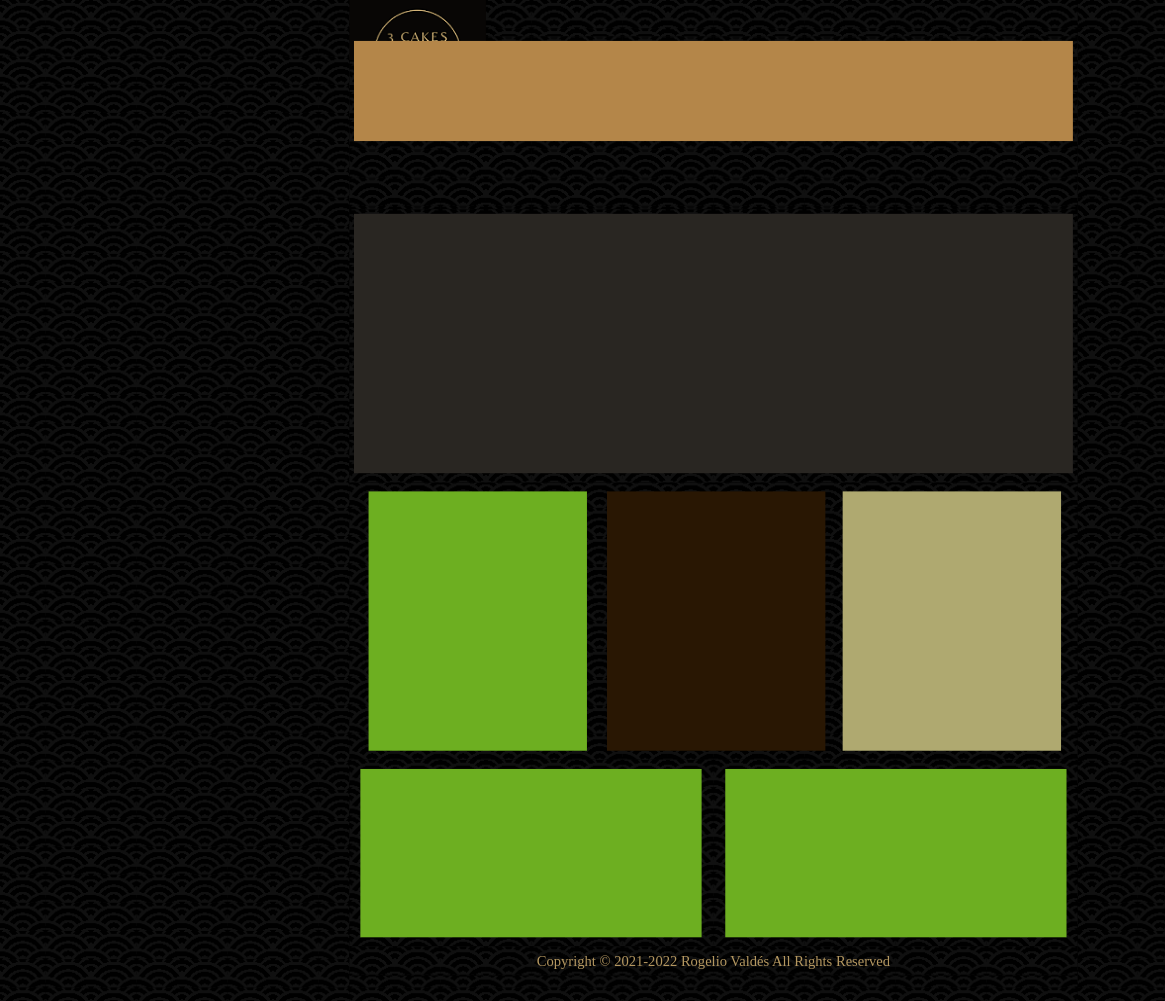
Repository: roge64/htmlfrontend
Page: index.html
The author's editor kept a copy of each file at every save. The page is drawn from the files as they stood at one save, then again after the next save.
The browser window is 1280 px wide. The pictures show the whole page, at 91% of full size.

Above is the page before, as saved 2022-03-02 20:42:45.

After the next save:
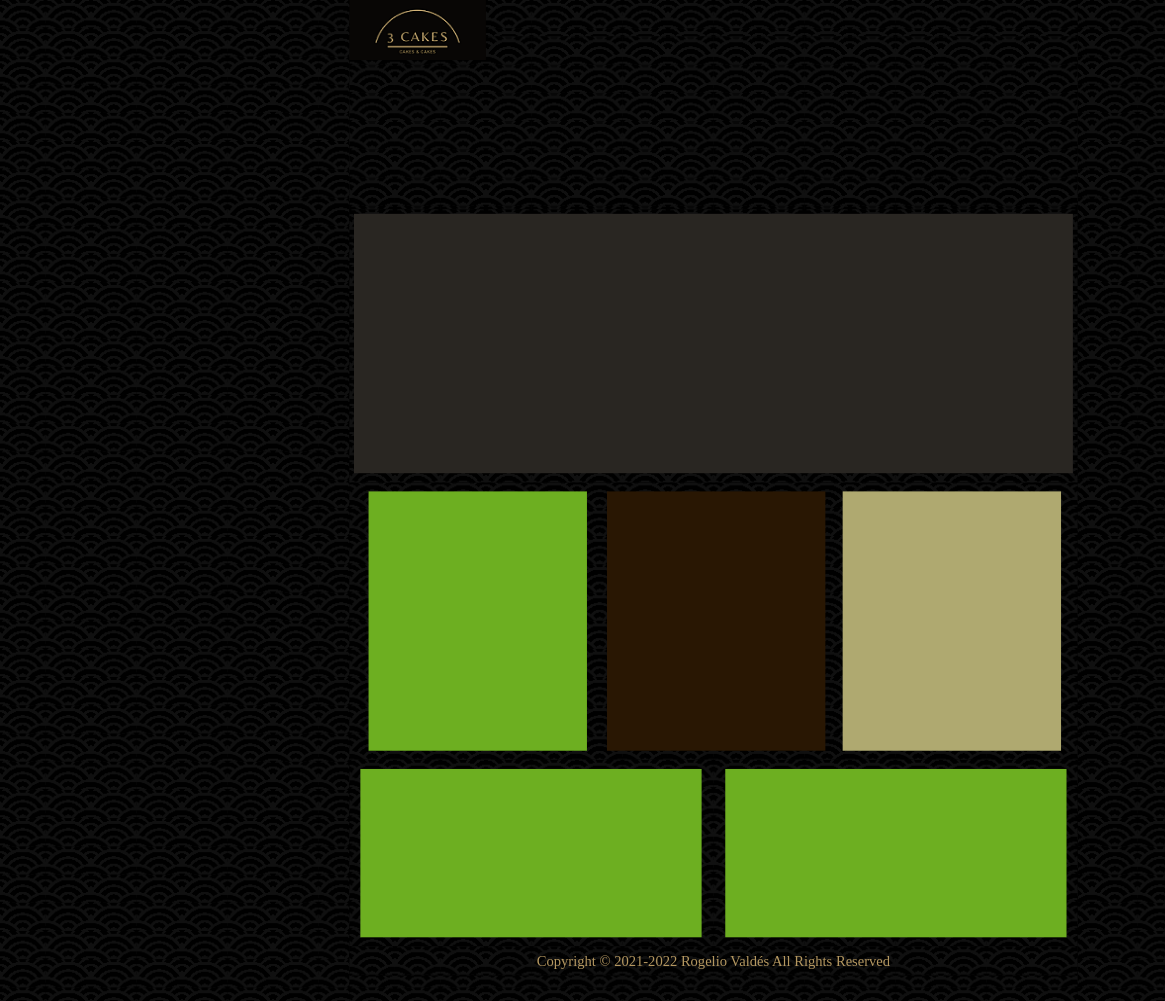
Saved 35 s later.
--- a/index.html
+++ b/index.html
@@ -19,7 +19,7 @@
         <section id="banner">
             <!-- <article id="banner1"></article> -->
 <!--             <h1> <a href="index.html"><img src="/img/logob.png" alt="logo.png"></a> </h1> -->
-            <article id="banner1"></article>
+<!--             <article id="banner1"></article> -->
 
         </section>
 

After the save that followed:
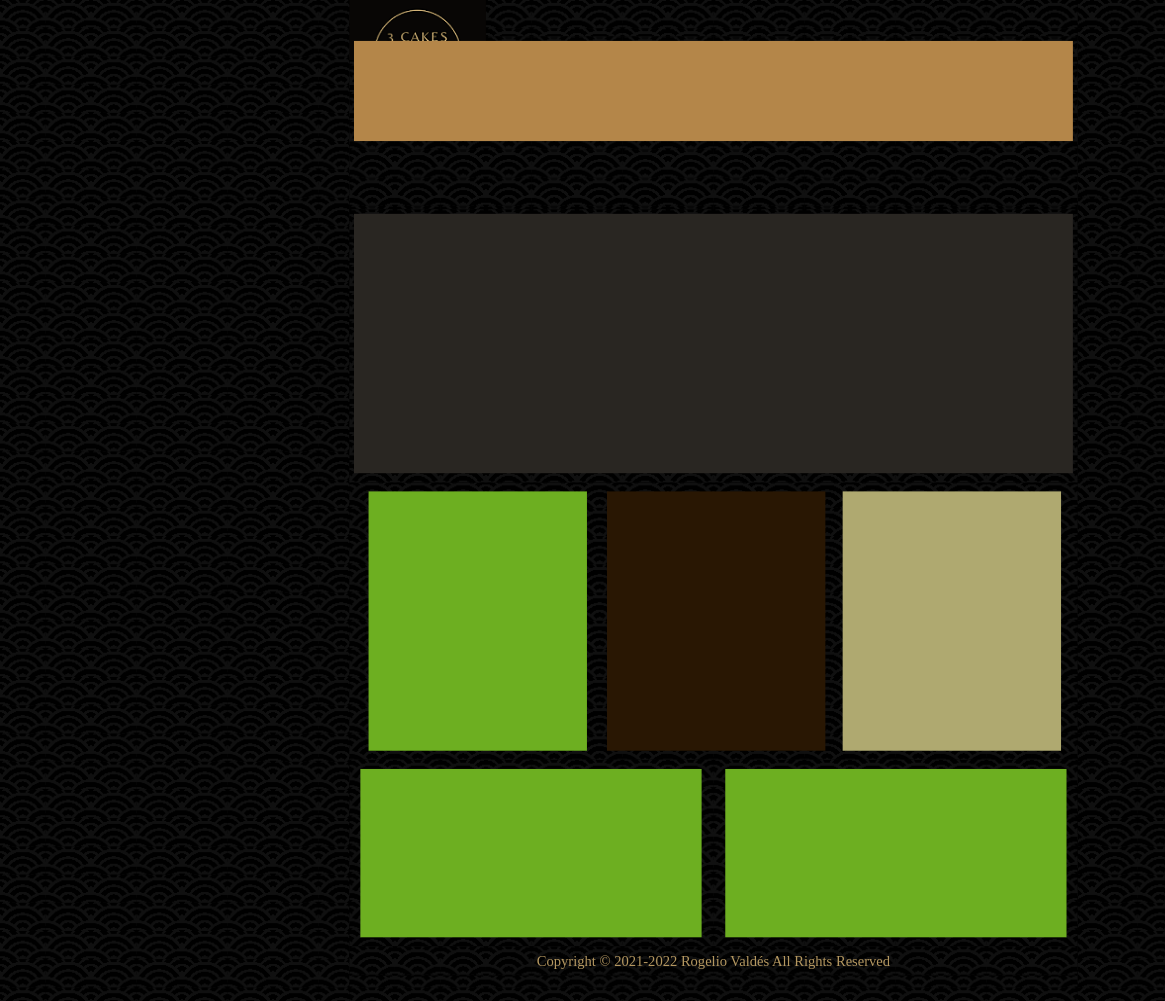
Saved 5 s later.
--- a/index.html
+++ b/index.html
@@ -19,7 +19,7 @@
         <section id="banner">
             <!-- <article id="banner1"></article> -->
 <!--             <h1> <a href="index.html"><img src="/img/logob.png" alt="logo.png"></a> </h1> -->
-<!--             <article id="banner1"></article> -->
+            <article id="banner1"></article>
 
         </section>
 
